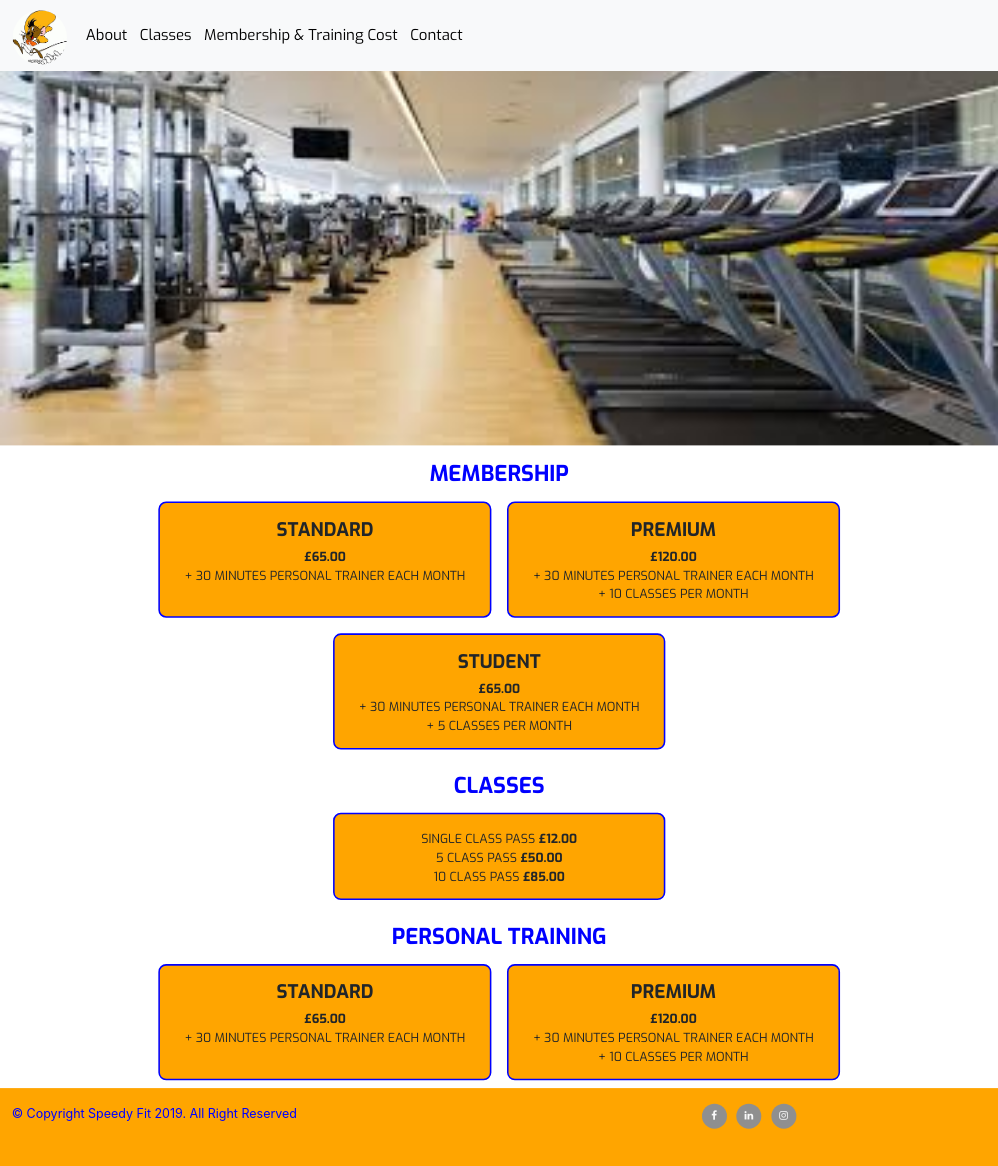
Repository: marcomoreschi/Milestrone-project
Page: membership&trainingcost.html
The author's editor kept a record of every edit. The page is drawn from the files as they stood at one moment, then again after the next edit.
The browser window is 1280 px wide. The pictures show the whole page, at 78% of full size.
Some web libraries are served in a nearby version.

Above is the page before.

After the next edit:
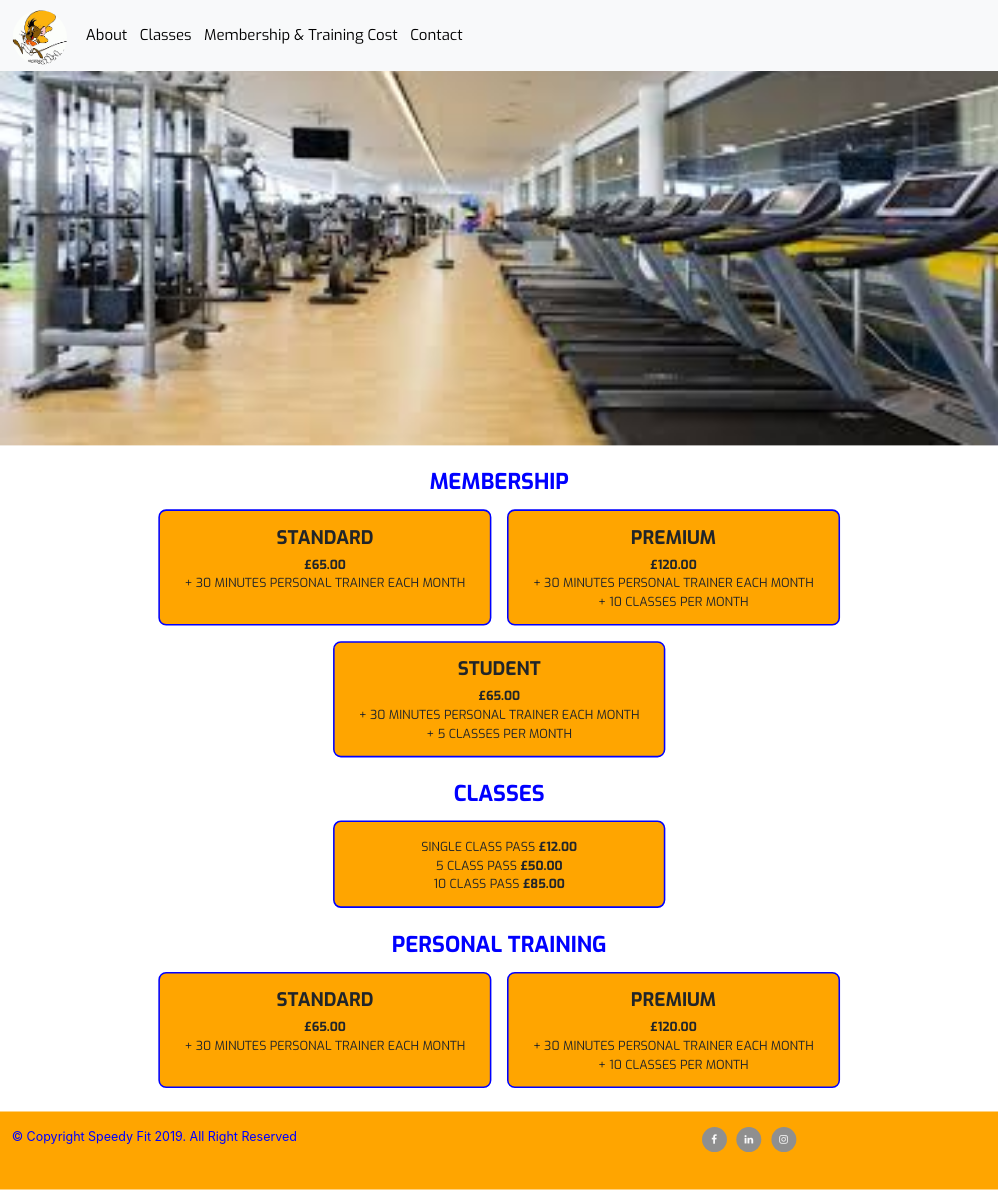
The edit:
--- a/membership&trainingcost.html
+++ b/membership&trainingcost.html
@@ -45,7 +45,7 @@
 
      <img class="gym-background" src="assets/images/gym.jpg"></img>
 
-    <section class="container-fluid">
+    <section class="container-fluid class-content">
         <div class="row">
             <div class="membership-header">
                <h3>Membership</h3>
